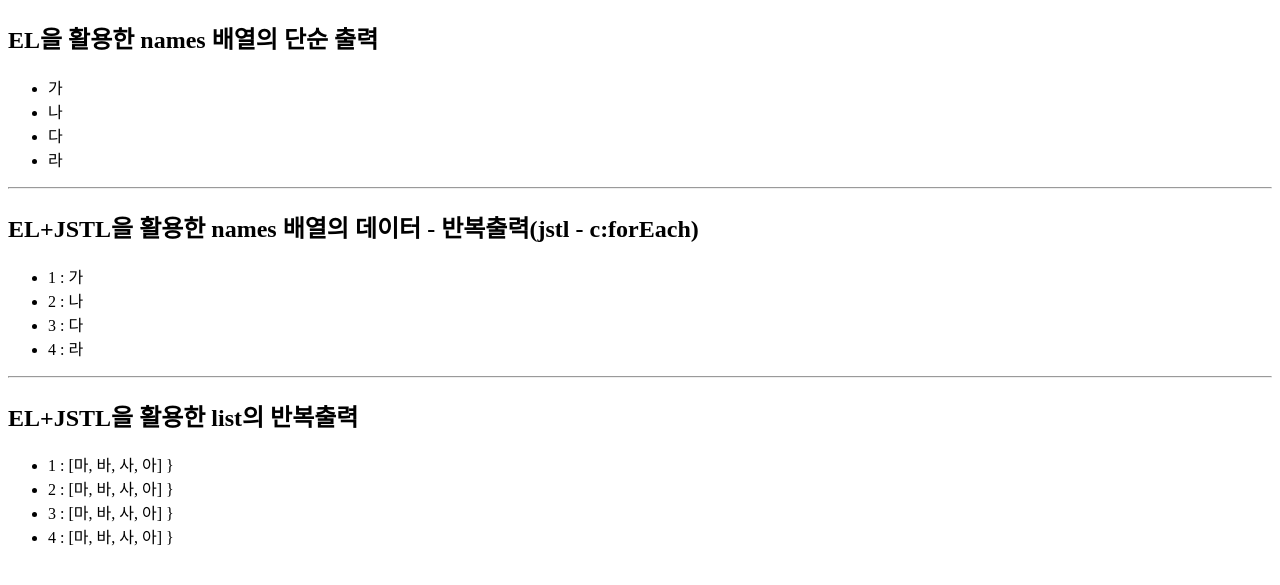
Repository: Rua1006/JSP
Page: http://localhost/practice02/GetJavaDataCtrl.do
An editor plug-in stored every save of this project. The page is shown before and after the next save, followed by the edit.
The browser window is 1280 px wide. The pictures show the whole page.
The page is served by Tomcat 9.

Above is the page before, as saved 2022-11-10 06:40:34.

### practice02/WebContent/06getJavaData.jsp
<%@ page language="java" contentType="text/html; charset=UTF-8"
    pageEncoding="UTF-8"%>
<%@ taglib prefix="c" uri="http://java.sun.com/jsp/jstl/core" %>
<%@ taglib prefix="fmt" uri="http://java.sun.com/jsp/jstl/fmt" %>
<%@ page import ="java.util.*" %>
<%@ page import ="java.text.*, java.net.InetAddress" %>
<%@ page import ="com.example.*" %>
<%@ include file = "common.jsp" %>
<!DOCTYPE html>
<html>
<head>
<meta charset="UTF-8">
<title>06getJavaData</title>
</head>
<body>
<h2>EL을 활용한 names 배열의 단순 출력</h2>
<ul>
	<li>${names[0] }</li>
	<li>${names[1] }</li>
	<li>${names[2] }</li>
	<li>${names[3] }</li>
</ul>
<hr>
<h2>EL+JSTL을 활용한 names 배열의 데이터 - 반복출력(jstl - c:forEach)</h2>
<ul>
	<c:forEach items="${names }" var="name" varStatus="status">
	<li>${status.count } : ${name }</li>
	</c:forEach>
</ul>
<hr>
<h2>EL+JSTL을 활용한 list의 반복출력</h2>
<ul>
	<c:forEach items="${list }" var="lst" varStatus="status">
	<li>${status.count } : ${list} } </li>
	</c:forEach>
</ul>
</body>
</html>

### practice02/src/com/example/GetJavaDataCtrl.java
package com.example;

import java.io.IOException;
import java.util.ArrayList;
import java.util.HashMap;

import javax.servlet.RequestDispatcher;
import javax.servlet.ServletException;
import javax.servlet.annotation.WebServlet;
import javax.servlet.http.HttpServlet;
import javax.servlet.http.HttpServletRequest;
import javax.servlet.http.HttpServletResponse;


@WebServlet("/GetJavaDataCtrl.do")
public class GetJavaDataCtrl extends HttpServlet {
	private static final long serialVersionUID = 1L;



	protected void service(HttpServletRequest request, HttpServletResponse response) throws ServletException, IOException {
		String[] names = {"가", "나", "다", "라"};

		ArrayList<String> list = new ArrayList<String>();
		list.add("마");
		list.add("바");
		list.add("사");
		list.add("아");

		HashMap<String, String> map = new HashMap<>();
		map.put("name1", "자");
		map.put("name2", "차");
		map.put("name3", "카");
		map.put("name4", "타");

		HashMap<String, String> map2 = new HashMap<>();
		map2.put("name", "파");
		map2.put("age", "100");
		map2.put("height", "200");

		Human vo = new Human();
		vo.setName("가가");
		vo.setCountry("대한민국");
		vo.setAge(30);
		vo.setHobby("다다");

		ArrayList<Human> hList = new ArrayList<Human>();
		Human human = new Human();
		human.setName("나나");
		human.setCountry("미국");
		human.setAge(100);
		human.setHobby("라라");

		Human human2 = new Human();
		human2.setName("마마");
		human2.setCountry("일본");
		human2.setAge(60);
		human2.setHobby("바바");

		Human human3 = new Human();
		human3.setName("사사");
		human3.setCountry("중국");
		human3.setAge(7);
		human3.setHobby("아아");

		request.setAttribute("names", names);
		request.setAttribute("list", list);
		request.setAttribute("map", map);
		request.setAttribute("map2", map2);
		request.setAttribute("vo", vo);
		request.setAttribute("hList", hList);

		RequestDispatcher view = request.getRequestDispatcher("06getJavaData.jsp");
		view.forward(request, response);

	}

}

### practice02/src/com/example/Human.java
package com.example;

public class Human {
	private String country;
	private String name;
	private int age;
	private String hobby;
	public String getCountry() {
		return country;
	}
	public void setCountry(String country) {
		this.country = country;
	}
	public String getName() {
		return name;
	}
	public void setName(String name) {
		this.name = name;
	}
	public int getAge() {
		return age;
	}
	public void setAge(int age) {
		this.age = age;
	}
	public String getHobby() {
		return hobby;
	}
	public void setHobby(String hobby) {
		this.hobby = hobby;
	}

}

Loaded but not shown: practice02/WebContent/common.jsp (common file)

After the next save:
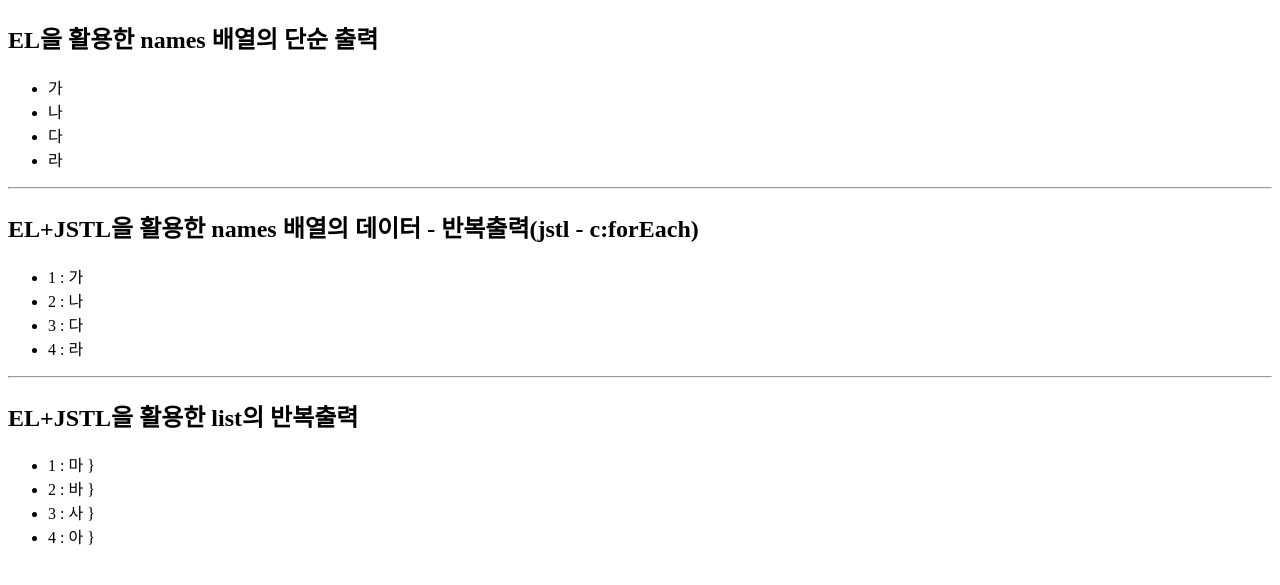
Saved 4 s later.
--- a/practice02/WebContent/06getJavaData.jsp
+++ b/practice02/WebContent/06getJavaData.jsp
@@ -31,7 +31,7 @@
 <h2>EL+JSTL을 활용한 list의 반복출력</h2>
 <ul>
 	<c:forEach items="${list }" var="lst" varStatus="status">
-	<li>${status.count } : ${list} } </li>
+	<li>${status.count } : ${lst } } </li>
 	</c:forEach>
 </ul>
 </body>
